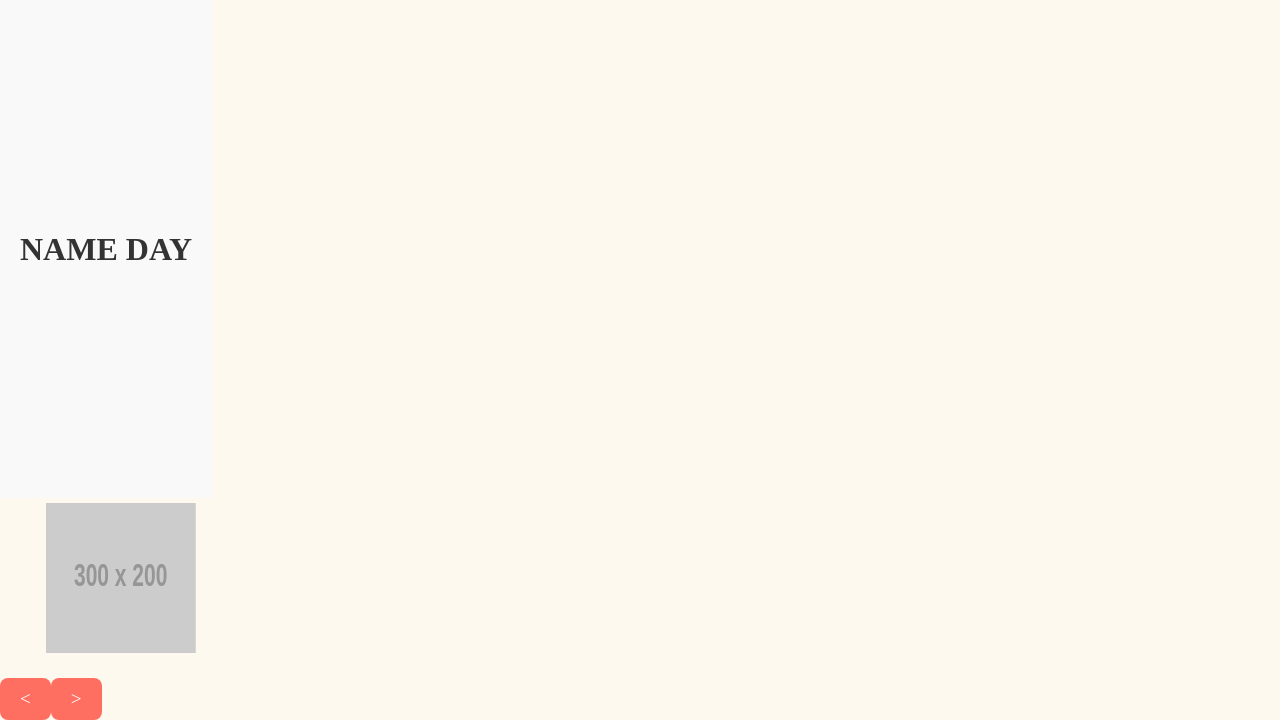
Repository: naps00/BIRTHDAY
Page: /details
These files come from the project's save history. The page is drawn as it stood at one moment and after the next save; the edit follows.
The browser window is 1280 px wide. The pictures show the whole page.
The project was rebuilt for these pictures with package versions that can differ from the ones it lists, and the page was loaded fresh each time.

Above is the page before, as saved 2024-12-12 04:16:46.

### src/App.js
import React, { useState } from 'react';
import { BrowserRouter as Router, Route, Routes, Link } from 'react-router-dom';
import './App.css';
import Details from './details.js'; // นำเข้า Details.js

function Home() {
  const [showModal, setShowModal] = useState(false);

  // เมื่อวีดีโอจบ ให้แสดง modal
  const handleVideoEnd = () => {
    setShowModal(true);
  };

  return (
    <div className="App">
      <div className="container">
        <div className="text-section" style={{ flex: 1, display: 'flex', flexDirection: 'column', justifyContent: 'center', alignItems: 'center', textAlign: 'center', height: '100vh', color: 'black', fontSize: 'calc(3vw + 0vh)', fontWeight: 'bold' }}>
          <h2>HAPPY BIRTHDAY !!</h2>
          <p>MY LOVE ♡ </p>
          <img src="https://img2.pic.in.th/pic/fc8c0bdfae313c2ffd700a21b05915d6-removebg-preview.png" alt="Happy Birthday Decoration" style={{width: '200px', height: '200PX' }} />
        </div>

        <div className="video-section">
          <video
            className="video-player"
            controls
            onEnded={handleVideoEnd}
          >
            <source src="https://v1.pinimg.com/videos/mc/720p/3d/2a/3c/3d2a3ca4078af4f14258938781ed5f8e.mp4" type="video/mp4" />
            Your browser does not support the video tag.
          </video>
        </div>
      </div>

      {/* Modal */}
      {showModal && (
        <div className="modal-backdrop">
          <div className="modal-content">
            <h2>Are you ready?</h2>
            {/* เปลี่ยนปุ่ม "ปิด" ให้เป็นลิงค์ไปยังหน้า /details */}
            <Link to="/details">
              <button className="pulse">GO !!</button>
            </Link>
          </div>
        </div>
      )}

      {/* เพิ่มอิโมจิที่วิ้งๆ */}
      <div className="emoji">🌟</div>
      <div className="emoji2">✨</div>
      <div className="emoji3">💕</div>

    </div>
  );
}

function App() {
  return (
    <Router>
      <Routes>
        <Route path="/" element={<Home />} />
        <Route path="/details" element={<Details />} /> {/* เพิ่มเส้นทางสำหรับหน้า /details */}
      </Routes>
    </Router>
  );
}

export default App;

### src/App.css
/* การจัด layout ของแอปพลิเคชัน */
.App {
  background-color: white;
  min-height: 100vh;
  display: flex;
  justify-content: center;
  align-items: center;
}

/* ส่วนที่ใช้จัด layout */
.container {
  display: flex;
  flex-direction: row; /* แบ่งพื้นที่ออกเป็น 2 ส่วน */
  width: 100%;
  height: 100vh;
}

/* ส่วนข้อความ */
.text-section {
  flex: 1;
  display: flex;
  flex-direction: column;
  justify-content: center;
  align-items: center;
  padding: 20px;
  background-color: #f9f9f9;
}

.text-section h1 {
  margin-bottom: 20px;
}

/* ส่วนวีดีโอ */
.video-section {
  flex: 1;
  display: flex;
  justify-content: center;
  align-items: center;
  background-color: #000;
}

.video-player {
  width: 100%; /* ให้วีดีโอเต็มความกว้าง */
  height: 100%; /* ให้วีดีโอเต็มความสูง */
  object-fit: cover; /* ปรับวีดีโอให้เต็มพื้นที่โดยไม่เสียสัดส่วน */

/* การแสดง modal */
}
.modal-backdrop {
  position: fixed;
  top: 0;
  left: 0;
  width: 100%;
  height: 100%;
  background: rgba(0, 0, 0, 0.7);
  display: flex;
  justify-content: center;
  align-items: center;
  z-index: 100; /* ทำให้ modal อยู่เหนือสิ่งอื่น */
  animation: fadeInPop 0.5s ease-out;
}

/* เพิ่ม z-index ให้ modal-content */
.modal-content {
  background: white;
  padding: 20px;
  border-radius: 10px;
  text-align: center;
  box-shadow: 0 2px 10px rgba(0, 0, 0, 0.3);
  animation: slideUp 0.3s ease-out;
  z-index: 101; /* ทำให้เนื้อหาของ modal อยู่เหนือ backdrop */
}

/* การแอนิเมชัน fade-in และ pop-up สำหรับ modal backdrop */
@keyframes fadeInPop {
  0% {
    opacity: 0;
    transform: scale(0.8);
  }
  100% {
    opacity: 1;
    transform: scale(1);
  }
}

body {
  font-family: 'Coiny', cursive;
  margin: 0;
  padding: 0;
  box-sizing: border-box;
  background-color: #fef9ef;
  color: #333;
}

h1, h2, p {
  font-family: 'Coiny', cursive; /* ฟอนต์ใหม่สำหรับข้อความ */
}

button {
  font-family: 'Coiny', cursive;
  font-size: 1.2rem;
  background-color: #ff6f61;
  color: #fff;
  padding: 10px 20px;
  border: none;
  border-radius: 8px;
  cursor: pointer;
  transition: background-color 0.3s ease, transform 0.3s ease;
}

button:hover {
  background-color: #ff3d3d;
  transform: scale(1.1);
}

/* การแอนิเมชัน slide-up สำหรับ modal content */
@keyframes slideUp {
  0% {
    transform: translateY(20px);
    opacity: 0;
  }
  100% {
    transform: translateY(0);
    opacity: 1;
  }
}

.modal-content h2 {
  margin-bottom: 20px;
}

.modal-content button {
  padding: 10px 20px;
  background-color: #007bff;
  color: white;
  border: none;
  border-radius: 5px;
  cursor: pointer;
  transition: transform 0.3s ease, background-color 0.3s ease;
}

/* เอฟเฟกต์เมื่อ hover ปุ่ม */
.modal-content button:hover {
  background-color: #0056b3;
  transform: scale(1.1); /* ขยายขนาดปุ่มเมื่อ hover */
}

/* เอฟเฟกต์การเต้นของปุ่ม */
@keyframes pulse {
  0% {
    transform: scale(1);
    opacity: 1;
  }
  50% {
    transform: scale(1.1);
    opacity: 0.8;
  }
  100% {
    transform: scale(1);
    opacity: 1;
  }
}

.pulse {
  animation: pulse 1.5s infinite;
}

/* อิโมจิวิ้งๆ */
.emoji {
  position: fixed;
  top: 30%;
  right: 50%;
  font-size: 30px;
  animation: smoothBounce 1.4s infinite;
  z-index: 50; /* ทำให้ไอคอนอิโมจิอยู่ใต้ modal */
}
.emoji2 {
  position: fixed;
  top: 18%;
  right: 97%;
  font-size: 30px;
  animation: smoothBounce 1.5s infinite;
  z-index: 50; /* ทำให้ไอคอนอิโมจิอยู่ใต้ modal */
}
.emoji3 {
  position: fixed;
  top: 63%;
  right: 65%;
  font-size: 50px;
  animation: smoothBounce 3s infinite;
  z-index: 50; /* ทำให้ไอคอนอิโมจิอยู่ใต้ modal */
}
/* การกระพิบ */
/* @keyframes fadeInOut {
  0%, 100% {
    opacity: 0;
  }
  50% {
    opacity: 1;
  }
}

.fade {
  animation: fadeInOut 1s infinite;
} */

/* การแอนิเมชันวิ้ง */
@keyframes smoothBounce {
  0%, 100% {
    transform: translateY(0);
    opacity: 1;
  }
  25% {
    transform: translateY(-1px);
    opacity: 1;
  }
  50% {
    transform: translateY(-1px);
    opacity: 1;
  }
  75% {
    transform: translateY(5px);
    opacity: 1;
  }
}


/* การแอนิเมชัน zoom-in */
@keyframes zoomIn {
  0% {
    transform: scale(0.8);
    opacity: 0;
  }
  100% {
    transform: scale(1);
    opacity: 1;
  }
}

.zoom-in {
  animation: zoomIn 0.4s ease-out;
}

/* เอฟเฟกต์ fade-in สำหรับเนื้อหาที่โหลด */
.fade-in {
  opacity: 0;
  animation: fadeIn 1s forwards;
}

@keyframes fadeIn {
  from {
    opacity: 0;
  }
  to {
    opacity: 1;
  }
}

### src/details.js
import React, { useState } from 'react';
import './details.css'; // เพิ่มสไตล์สำหรับ Card Stack

function Details() {
  const [currentIndex, setCurrentIndex] = useState(0);

  const images = [
    'https://via.placeholder.com/300x200?text=Image+1',
    'https://via.placeholder.com/300x200?text=Image+2',
    'https://via.placeholder.com/300x200?text=Image+3',
    'https://via.placeholder.com/300x200?text=Image+4'
  ];

  const handleNext = () => {
    setCurrentIndex((currentIndex + 1) % images.length);
  };

  const handlePrev = () => {
    setCurrentIndex((currentIndex - 1 + images.length) % images.length);
  };

  return (
    <div className="details-page">
      <div className="text-section">
        <h1>NAME DAY</h1>
      </div>

      <div className="card-stack">
        {images.map((src, index) => {
          const isActive = index === currentIndex;
          const zIndex = images.length - Math.abs(currentIndex - index); // ลำดับของการซ้อน
          const offsetX = (index - currentIndex) * 20; // ความเหลื่อมในแกน X
          const offsetY = (index - currentIndex) * 10; // ความเหลื่อมในแกน Y
          const rotation = (index - currentIndex) * 5; // หมุนเล็กน้อย

          return (
            <img
              key={index}
              src={src}
              alt={`Slide ${index + 1}`}
              className={`card ${isActive ? 'active' : ''}`}
              style={{
                zIndex: zIndex,
                transform: `translate(${offsetX}px, ${offsetY}px) rotate(${rotation}deg) scale(${isActive ? 1.1 : 1})`,
                position: 'absolute',
                left: '50%',
                top: '50%',
                transformOrigin: 'center',
                marginLeft: '-150px', // ครึ่งหนึ่งของความกว้าง
                marginTop: '-100px', // ครึ่งหนึ่งของความสูง
                transition: 'transform 0.5s ease-in-out, z-index 0.5s',
              }}
            />
          );
        })}
      </div>

      <div className="controls">
        <button onClick={handlePrev}>&lt;</button>
        <button onClick={handleNext}>&gt;</button>
      </div>
    </div>
  );
}

export default Details;

### src/details.css
.details-page {
  display: flex;
  justify-content: center;
  align-items: flex-start; /* จัดข้อความให้อยู่ที่ด้านบนสุด */
  height: 100vh;
  transition: background-color 2s ease-in-out;
  flex-direction: column; /* ให้ข้อความอยู่ด้านบน และภาพอยู่ด้านล่าง */
}

.details-page.blue {
  background-color: #00bfff; /* ฟ้าสด */
}

.details-page.pink {
  background-color: #ff69b4; /* ชมพูสด */
}

.content h1 {
  font-size: 36px;
  font-weight: bold;
  color: white;
  text-align: center;
  margin: 0;
  padding-top: 20px; /* ระยะห่างจากขอบบน */
}

.card-stack {
  position: relative;
  display: flex;
  justify-content: center;
  align-items: center;
  margin-top: 30px;
  width: 300px; /* ความกว้างของกองไพ่ */
  height: 150px; /* ความสูงของกองไพ่ */
}

.card {
  position: absolute;
  animation: shuffle 2s infinite alternate; /* ใช้ animation สำหรับการเคลื่อนไหว */
  width: 150px;
  height: 150px;
  z-index: 1;
  opacity: 0.8; /* ให้การวางซ้อนดูโปร่งๆ */
}

.card1 {
  animation-delay: 0s; /* การหน่วงเวลาในแต่ละรูป */
}

.card2 {
  animation-delay: 0.2s;
}

.card3 {
  animation-delay: 0.4s;
}

/* สร้างการเคลื่อนไหวที่ดูเหมือนสับไพ่ */
@keyframes shuffle {
  0% {
    transform: translateX(-50px); /* เคลื่อนที่ไปทางซ้าย */
    z-index: 2;
  }
  100% {
    transform: translateX(50px); /* เคลื่อนที่ไปทางขวา */
    z-index: 1;
  }
}

Loaded but not shown: public/index.html (common file); src/index.js (common file); src/index.css (common file); src/reportWebVitals.js (common file)

After the next save:
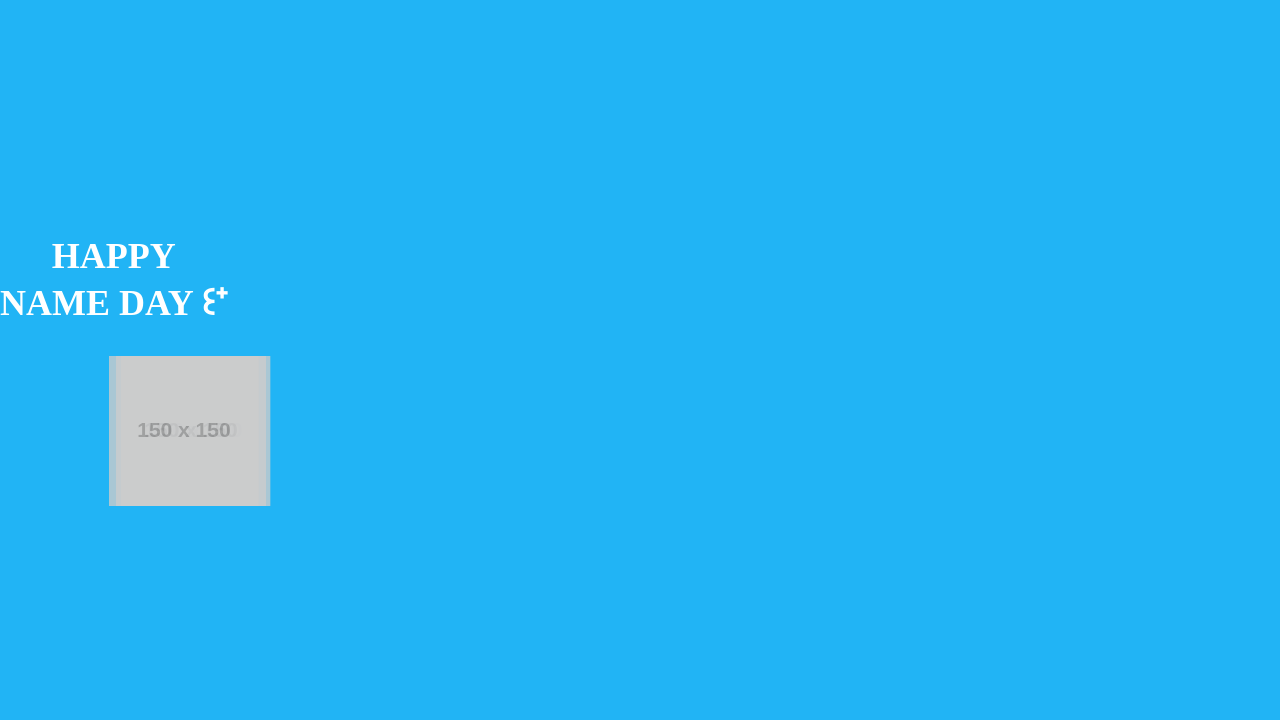
Saved 66 s later.
--- a/src/details.js
+++ b/src/details.js
@@ -1,66 +1,34 @@
-import React, { useState } from 'react';
-import './details.css'; // เพิ่มสไตล์สำหรับ Card Stack
+import React, { useState, useEffect } from 'react';
+import './details.css';
 
-function Details() {
-  const [currentIndex, setCurrentIndex] = useState(0);
+function DetailsPage() {
+  const [isBlue, setIsBlue] = useState(true);
 
-  const images = [
-    'https://via.placeholder.com/300x200?text=Image+1',
-    'https://via.placeholder.com/300x200?text=Image+2',
-    'https://via.placeholder.com/300x200?text=Image+3',
-    'https://via.placeholder.com/300x200?text=Image+4'
-  ];
+  // ฟังก์ชันเพื่อสลับสีพื้นหลังทุก 2 วินาที
+  useEffect(() => {
+    const interval = setInterval(() => {
+      setIsBlue((prev) => !prev);
+    }, 2000); // สลับทุก 2 วินาที
 
-  const handleNext = () => {
-    setCurrentIndex((currentIndex + 1) % images.length);
-  };
-
-  const handlePrev = () => {
-    setCurrentIndex((currentIndex - 1 + images.length) % images.length);
-  };
+    return () => clearInterval(interval); // เคลียร์ interval เมื่อคอมโพเนนต์ถูก unmount
+  }, []);
 
   return (
-    <div className="details-page">
-      <div className="text-section">
-        <h1>NAME DAY</h1>
+    <div className={`details-page ${isBlue ? 'blue' : 'pink'}`}>
+      <div className="content">
+        <h1>
+          HAPPY <br />
+          NAME DAY ꒰⁺
+        </h1>
       </div>
-
       <div className="card-stack">
-        {images.map((src, index) => {
-          const isActive = index === currentIndex;
-          const zIndex = images.length - Math.abs(currentIndex - index); // ลำดับของการซ้อน
-          const offsetX = (index - currentIndex) * 20; // ความเหลื่อมในแกน X
-          const offsetY = (index - currentIndex) * 10; // ความเหลื่อมในแกน Y
-          const rotation = (index - currentIndex) * 5; // หมุนเล็กน้อย
-
-          return (
-            <img
-              key={index}
-              src={src}
-              alt={`Slide ${index + 1}`}
-              className={`card ${isActive ? 'active' : ''}`}
-              style={{
-                zIndex: zIndex,
-                transform: `translate(${offsetX}px, ${offsetY}px) rotate(${rotation}deg) scale(${isActive ? 1.1 : 1})`,
-                position: 'absolute',
-                left: '50%',
-                top: '50%',
-                transformOrigin: 'center',
-                marginLeft: '-150px', // ครึ่งหนึ่งของความกว้าง
-                marginTop: '-100px', // ครึ่งหนึ่งของความสูง
-                transition: 'transform 0.5s ease-in-out, z-index 0.5s',
-              }}
-            />
-          );
-        })}
-      </div>
-
-      <div className="controls">
-        <button onClick={handlePrev}>&lt;</button>
-        <button onClick={handleNext}>&gt;</button>
+        {/* ใส่ภาพที่ต้องการ */}
+        <img src="https://via.placeholder.com/150" alt="card" className="card card1" />
+        <img src="https://via.placeholder.com/150" alt="card" className="card card2" />
+        <img src="https://via.placeholder.com/150" alt="card" className="card card3" />
       </div>
     </div>
   );
 }
 
-export default Details;
+export default DetailsPage;
